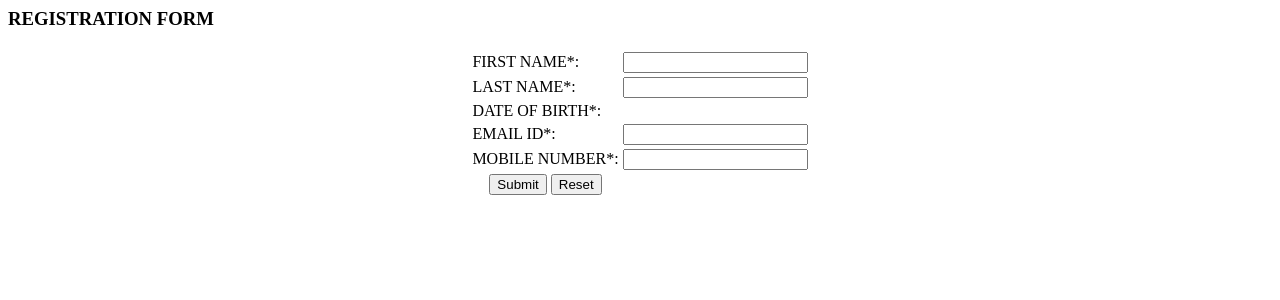
Repository: varshaumeshhs55/ServletProject
Page: LoginRegistrationApp/WebContent/registrationpage.html
The author's editor kept a copy of each file at every save. The page is drawn from the files as they stood at one save, then again after the next save.
The browser window is 1280 px wide. The pictures show the whole page.

Above is the page before, as saved 2019-01-23 06:06:34.

### LoginRegistrationApp/WebContent/registrationpage.html
<html>
<head>
<title>Registration Form</title>

</head>

<body>
<h3>REGISTRATION FORM</h3>

<table align="center">

<!----- First Name ---------------------------------------------------------->
<tr>
 	<form action="Registrationform" method="post">

<td>FIRST NAME*:</td>
<td><input type="text" name="First_Name" >
</td>
</tr>

<!----- Last Name ---------------------------------------------------------->
<tr>
<td>LAST NAME*:</td>
<td><input type="text" name="Last_Name" >

</td>
</tr>

<!----- Date Of Birth -------------------------------------------------------->
<tr>
<td>DATE OF BIRTH*:</td>



<!----- Email Id ---------------------------------------------------------->
<tr>
<td>EMAIL ID*:</td>
<td><input type="text" name="Email_Id"></td>
</tr>

<!----- Mobile Number ---------------------------------------------------------->
<tr>
<td>MOBILE NUMBER*:</td>
<td>
<input type="text" name="Mobile_Number">

</td>
</tr>



<!----- Submit and Reset ------------------------------------------------->
<tr>
<td align="center">
<input type="submit" value="Submit">
<input type="reset" value="Reset">
</td>
</tr>
</table>
 </form>
</form>

</body>

</html>

After the next save:
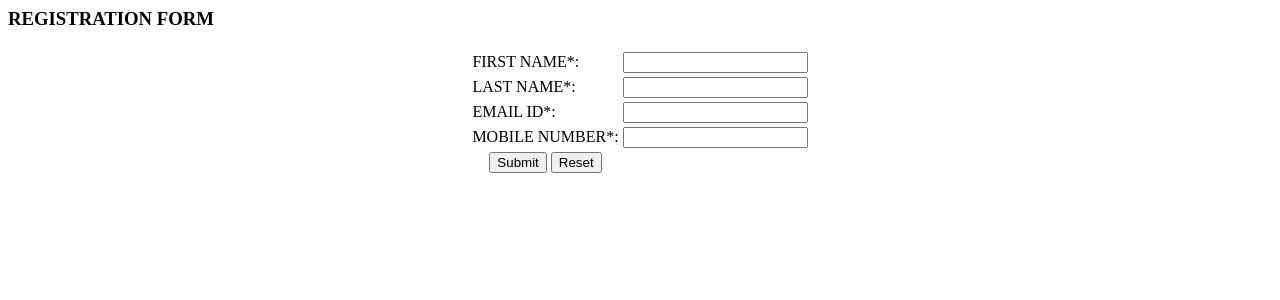
Saved 68 s later.
--- a/LoginRegistrationApp/WebContent/registrationpage.html
+++ b/LoginRegistrationApp/WebContent/registrationpage.html
@@ -26,9 +26,6 @@
 </td>
 </tr>
 
-<!----- Date Of Birth -------------------------------------------------------->
-<tr>
-<td>DATE OF BIRTH*:</td>
 
 
 
